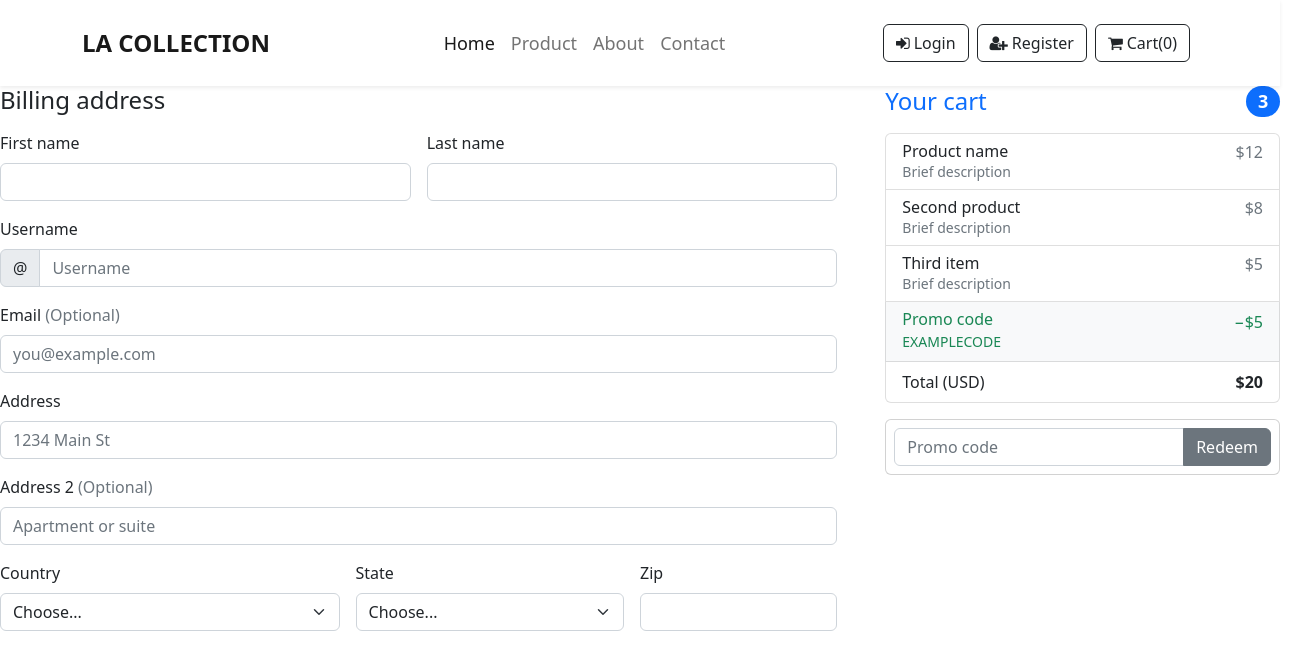
Repository: tiendungjr123/Ecommerce
Page: /checkout
These files come from the project's save history. The page is drawn as it stood at one moment and after the next save; the edit follows.
The browser window is 1280 px wide. The page is 1304 px wide, then 1280 px, so the pictures cover 1304 px, including what lies to the right of the window. The pictures show the whole page.
The project was rebuilt for these pictures with package versions that can differ from the ones it lists, and the page was loaded fresh each time. Also part of the build but not shown: src/components/Products.jsx, src/components/Home.jsx, src/redux/action/index.js, src/components/ProductDetail.jsx, src/components/About.jsx, src/components/Contact.jsx, src/components/Cart.jsx.

Above is the page before, as saved 2022-10-04 12:01:39.

After the next save:
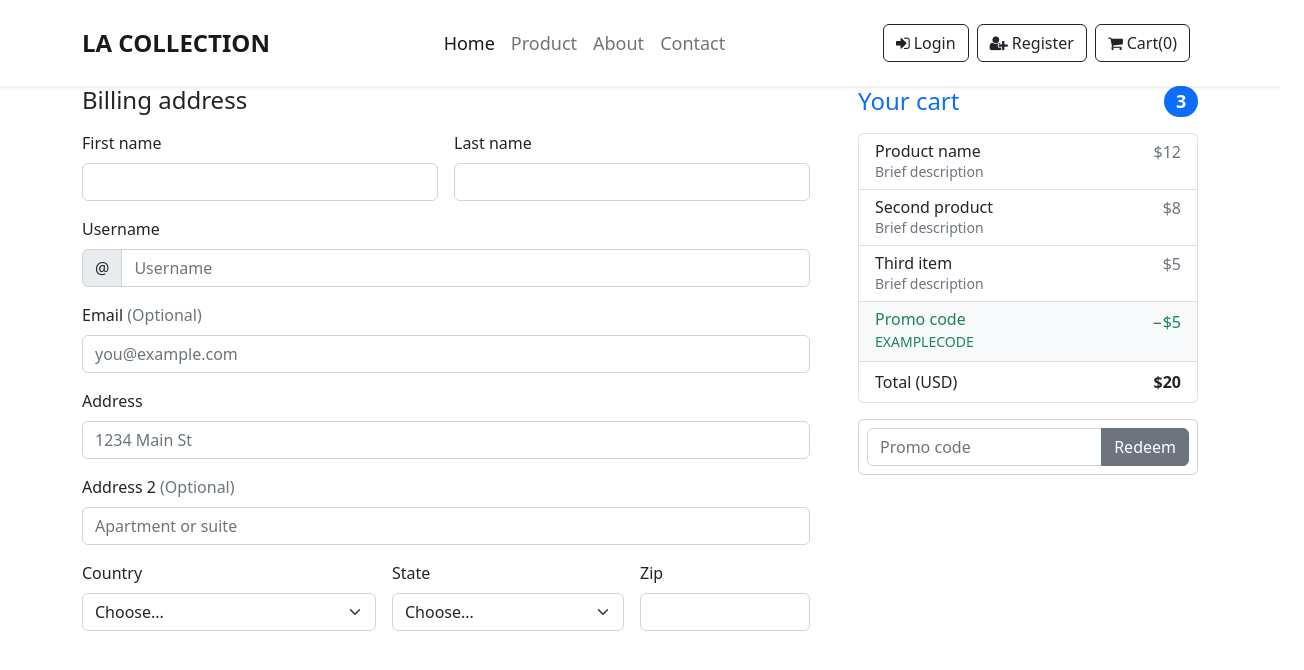
Saved 25 s later.
--- a/src/components/Checkout.jsx
+++ b/src/components/Checkout.jsx
@@ -2,7 +2,7 @@ import React from 'react';
 
 const Checkout = () => {
    return (
-      <>
+      <div className='container'>
          <div className="row g-5">
             <div className="col-md-5 col-lg-4 order-md-last">
                <h4 className="d-flex justify-content-between align-items-center mb-3">
@@ -136,7 +136,7 @@ const Checkout = () => {
                </form>
             </div>
          </div>
-      </>
+      </div>
    );
 }
 
